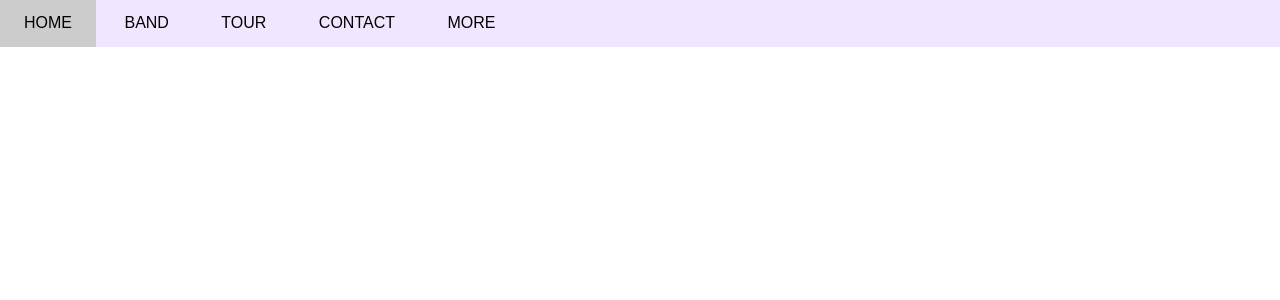
Repository: Ducspdn/WeTheBandF8
Page: w3_band/index.html
An editor plug-in stored every save of this project. The page is shown before and after the next save, followed by the edit.
The browser window is 1280 px wide. The pictures show the whole page.
Some icons come from a web library that is not loaded, so they are not drawn.

Above is the page before, as saved 2023-01-17 16:03:29.

After the next save:
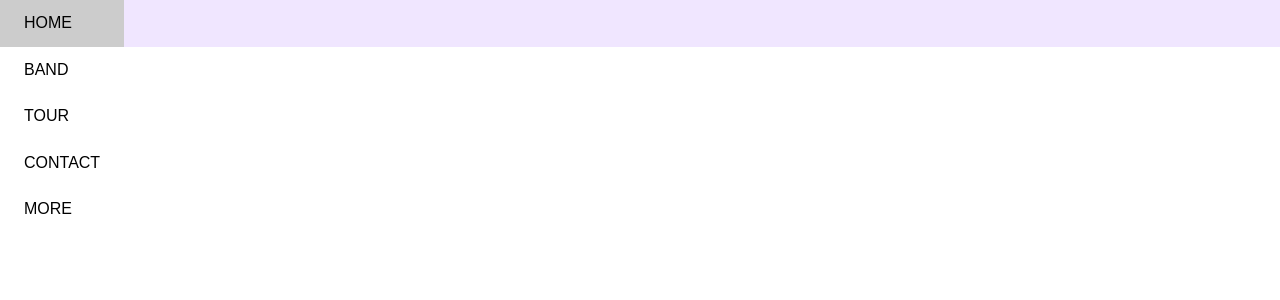
Saved 46 s later.
--- a/w3_band/assets/css/style.css
+++ b/w3_band/assets/css/style.css
@@ -38,7 +38,7 @@ html{
     display : block ;
 }
 #nav li{
-    display : inline-block ;
+    display : block  ;
     /* có tính kế thừa nên nó sẽ ăn theo đến hết backgorund */
     /* vì inline nên khong set được thuộc tính */
     position : relative ;
